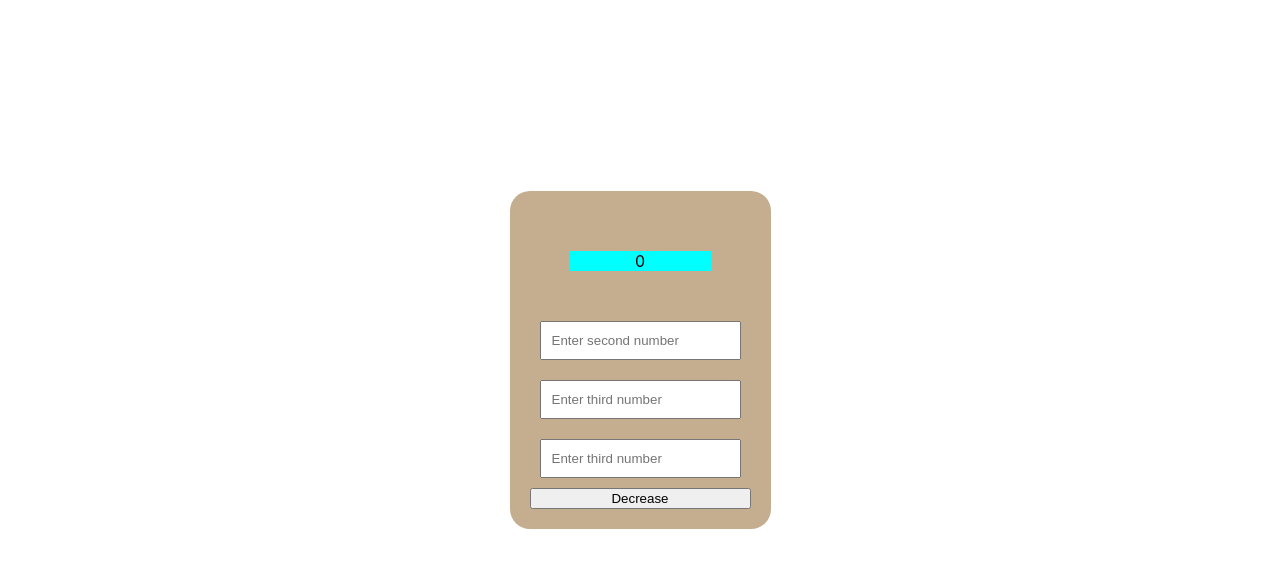
Repository: purnimapatel/SI-calculator
Page: /
The author's editor kept a copy of each file at every save. The page is drawn from the files as they stood at one save, then again after the next save.
The browser window is 1280 px wide. The pictures show the whole page.
The project was rebuilt for these pictures with package versions that can differ from the ones it lists, and the page was loaded fresh each time.

Above is the page before, as saved 2024-08-26 11:35:39.

### src/App.jsx
import logo from './logo.svg';
import './App.css';
import { useState } from 'react';

function App() {
  const[rate, setRate]=(useState(''));
  const[principle, setPrinciple]=(useState());
  const[time, setTime]=(useState(''));
  const[res, setRes]=(useState(0));
  return(

    <div className="container">
    <div className="container1">
    <div className="result">
    {res}
    </div>


    <input
        type="number"
        id = "field"
        value={rate}
        onChange={(e) => setRate(Number(e.target.value))}
        placeholder="Enter second number"
      />
      <input
        type="number"
        id="field"
        value={principle}
        onChange={(e) => setPrinciple(Number(e.target.value))}
        placeholder="Enter third number"
      />
      <input
        type="number"
        id = "field"
        value={time}
        onChange={(e) => setTime(Number(e.target.value))}
        placeholder="Enter third number"
      />
    <button className='btn2' onClick={result}>Decrease</button>
    </div>
    </div>

  )
  function result(){

    setRate('');
    setPrinciple('');
    setTime('');
    setRes((rate*principle*time)/100)

}




}


export default App;

### src/App.css
.App {
  text-align: center;

}
.container{
  display: flex;
  justify-content: center;
  align-items:center;
  height:100vh;

}
.container1{

  background-color:rgb(197, 174, 144);
  display:flex;
  text-align: center;
  flex-direction: column;
  justify-content: center;
  height: auto;
  width:auto;
  padding:20px;
  border-radius: 20px;

}
.result{
  display: flex;
  text-align: center;
  justify-content: center;
  margin:40px 40px;
  background-color:aqua;

}
input[type=number]::-webkit-outer-spin-button,
input[type=number]::-webkit-inner-spin-button {
    -webkit-appearance: none;
    margin: 0;
}

/* Remove the spinner in Firefox */
input[type=number] {
    -moz-appearance: textfield;
}
#field{
  margin:10px;
  padding:10px;
}

Loaded but not shown: public/index.html (common file); src/index.js (common file); src/index.css (common file); src/reportWebVitals.js (common file)

After the next save:
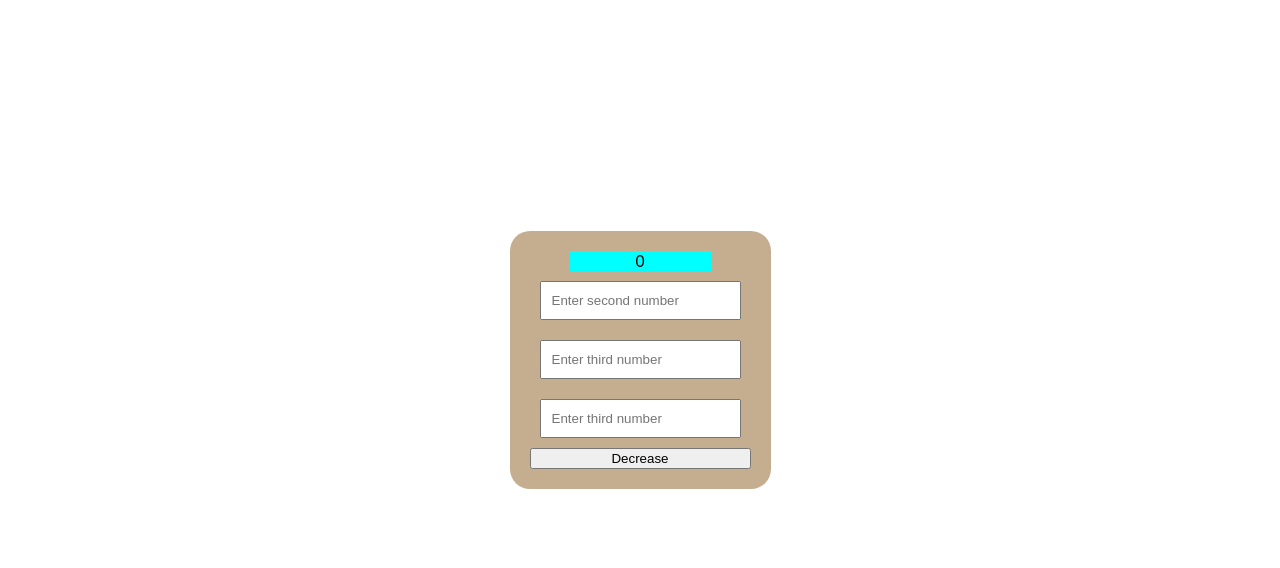
Saved 13 s later.
--- a/src/App.css
+++ b/src/App.css
@@ -26,7 +26,7 @@
   display: flex;
   text-align: center;
   justify-content: center;
-  margin:40px 40px;
+  margin:0px 40px;
   background-color:aqua;
 
 }
